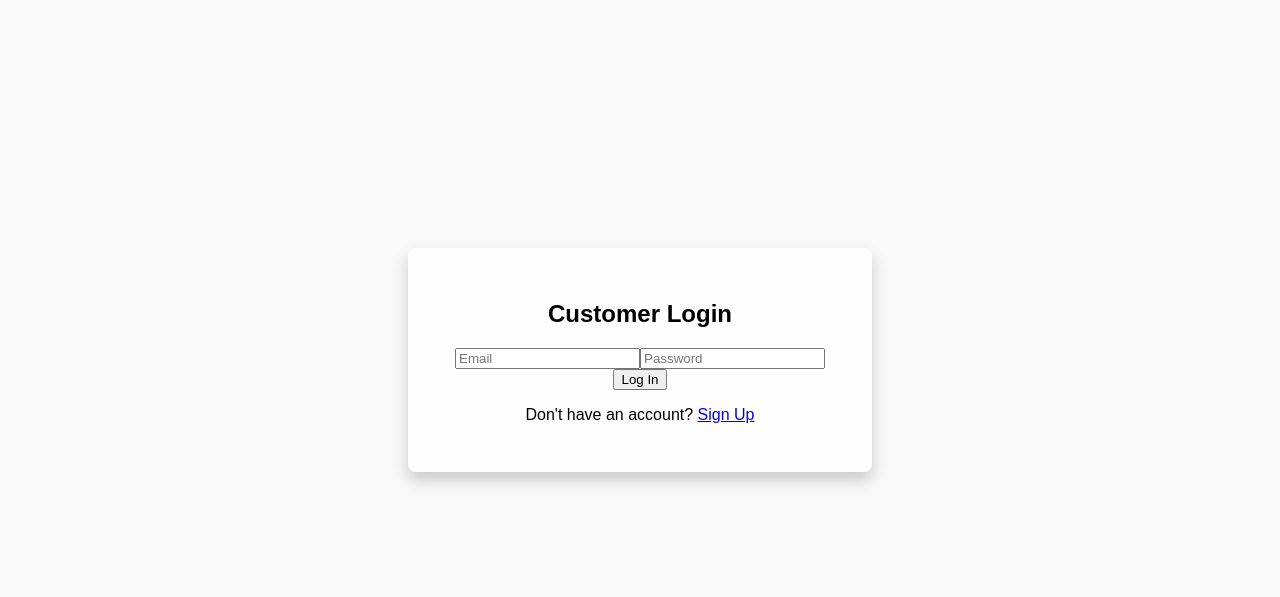
Repository: hamsaram14/dummy4
Page: / (app in frontend1/)
These files come from the project's save history. The page is drawn as it stood at one moment and after the next save; the edit follows.
The browser window is 1280 px wide. The pictures show the whole page.
The project was rebuilt for these pictures with package versions that can differ from the ones it lists, and the page was loaded fresh each time. Also part of the build but not shown: frontend1/src/components/SignUpComponent.js.

Above is the page before, as saved 2024-10-11 13:46:57.

### frontend1/src/App.js
// src/App.js
import React from 'react';
import { BrowserRouter as Router, Route, Routes } from 'react-router-dom';
import SignUpComponent from './components/SignUpComponent';
import LoginComponent from './components/LoginComponent';

function App() {
    return (
        <Router>
            <Routes>
                <Route path="/signup" element={<SignUpComponent />} />
                <Route path="/login" element={<LoginComponent />} />
                <Route path="/" element={<LoginComponent />} /> {/* Default route */}
            </Routes>
        </Router>
    );
}

export default App;

### frontend1/src/components/LoginComponent.js
import React, { useState } from 'react';
import './LoginComponent.css';

const LoginComponent = () => {
    const [formData, setFormData] = useState({ email: '', password: '' });
    const [message, setMessage] = useState('');

    const handleChange = (e) => {
        setFormData({ ...formData, [e.target.name]: e.target.value });
    };

    const handleSubmit = async (e) => {
        e.preventDefault();
        try {
            const response = await fetch('http://127.0.0.1:8000/api/customer/login/', {
                method: 'POST',
                headers: {
                    'Content-Type': 'application/json',
                },
                body: JSON.stringify(formData),
            });

            if (response.ok) {
                const data = await response.json();
                console.log('Login successful:', data);
                setMessage('Login successful!');
                // Optionally, store the token in localStorage or session for future requests
                localStorage.setItem('authToken', data.token);
            } else {
                const errorData = await response.json();
                console.error('Login error:', errorData);
                setMessage(errorData.error || 'Login failed');
            }
        } catch (error) {
            console.error('Error during login request:', error);
            setMessage('Error: Unable to log in');
        }
    };

    return (
        <div className="container">
            <div className="login-box">
                <h2>Customer Login</h2>
                <form onSubmit={handleSubmit}>
                    <input
                        type="email"
                        name="email"
                        placeholder="Email"
                        value={formData.email}
                        onChange={handleChange}
                        required
                    />
                    <input
                        type="password"
                        name="password"
                        placeholder="Password"
                        value={formData.password}
                        onChange={handleChange}
                        required
                    />
                    <button type="submit">Log In</button>
                </form>
                {message && <p className="message">{message}</p>}

                <p className="signup-prompt">
                    Don't have an account? <a href="/signup">Sign Up</a>
                </p>
            </div>
        </div>
    );
};

export default LoginComponent;

### frontend1/src/components/SignUpComponent.css
/* SignUpComponent.css */

html, body {
    margin: 0;
    padding: 0;
    height: 100%;
    font-family: Arial, sans-serif;
}

.signup-container {
    display: flex;
    justify-content: flex-end; /* Aligns content to the right */
    align-items: center;
    height: 100vh;
    padding-right: 5%; /* Adds some padding from the right edge */
    background-image: url('http://localhost:3000/mainpage1.jpg'); /* Adjusted to local file path */
    background-size: cover;
    background-position: center;
    background-repeat: no-repeat;
}

.signup-box {
    background-color: rgba(255, 255, 255, 0.9);
    padding: 2rem;
    border-radius: 8px;
    box-shadow: 0px 8px 16px rgba(0, 0, 0, 0.2);
    text-align: center;
    max-width: 400px;
    width: 100%;

}

.signup-box h2 {
    font-size: 1.8rem;
    margin-bottom: 1rem;
    color: #333;
}

.signup-box input {
    width: 100%;
    padding: 0.8rem;
    margin: 0.5rem 0;
    border: 1px solid #ddd;
    border-radius: 4px;
    font-size: 1rem;
}

.signup-box button {
    width: 100%;
    padding: 0.8rem;
    margin-top: 1rem;
    background-color: #0a66c2;
    border: none;
    color: white;
    font-size: 1rem;
    font-weight: bold;
    border-radius: 4px;
    cursor: pointer;
    transition: background 0.3s;
}

.signup-box button:hover {
    background-color: #084298;
}

.message {
    margin-top: 1rem;
    font-size: 0.9rem;
    color: #e74c3c;
}

### frontend1/src/components/LoginComponent.css
/* LoginComponent.css */

body {
    margin: 0;
    font-family: Arial, sans-serif;
    display: flex;
    justify-content: center;
    align-items: center;
    min-height: 100vh;
    background-color: #f9f9f9;
}

.login-container {
    display: flex;
    justify-content: flex-end;
    align-items: center;
    height: 100vh;
    background-color: #f0f0f0; /* Fallback color to confirm container styling */
    background-image: url('http://localhost:3000/mainpage1.jpg');
    background-size: cover;
    background-position: center;
    background-repeat: no-repeat;
    padding-right: 20%;
}


.login-box {
    background-color: rgba(255, 255, 255, 0.9);
    padding: 2rem;
    margin: auto 0;
    border-radius: 8px;
    box-shadow: 0px 8px 16px rgba(0, 0, 0, 0.2);
    text-align: center;
    max-width: 400px;
    width: 100%;
}

Loaded but not shown: frontend1/public/index.html (common file); frontend1/src/index.js (common file); frontend1/src/index.css (common file); frontend1/src/reportWebVitals.js (common file)

After the next save:
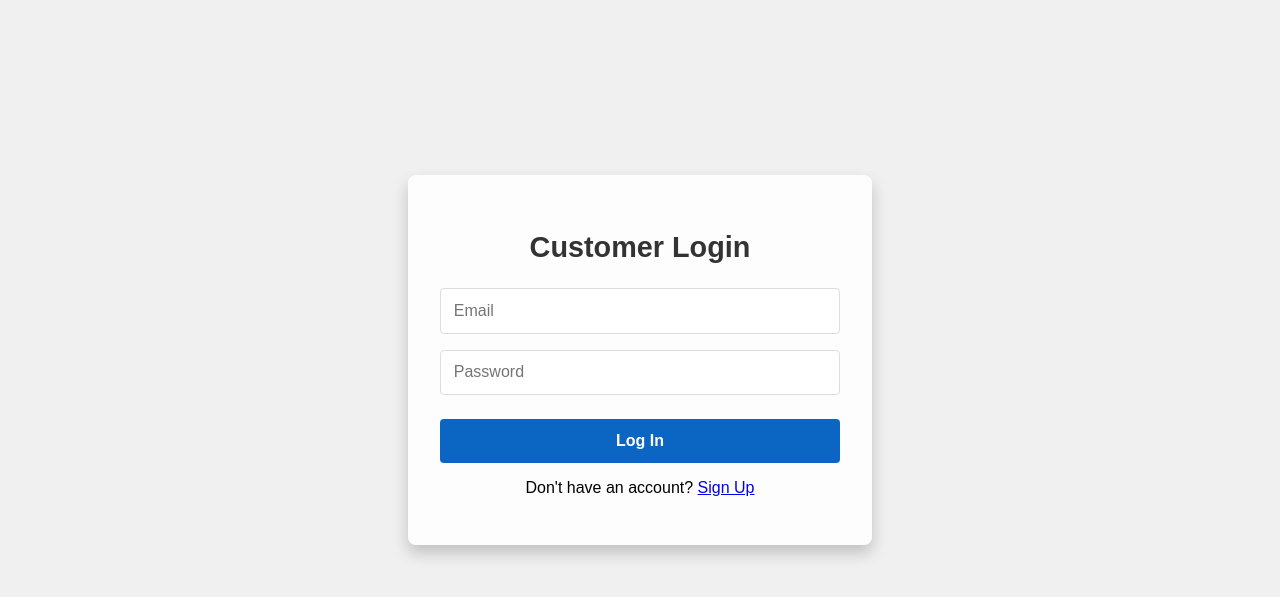
Saved 109 s later.
--- a/frontend1/src/components/LoginComponent.css
+++ b/frontend1/src/components/LoginComponent.css
@@ -1,36 +1,93 @@
 /* LoginComponent.css */
 
-body {
+/* Reset margins and padding for body and html */
+body, html {
     margin: 0;
+    padding: 0;
+    width: 100%;
+    height: 100%;
     font-family: Arial, sans-serif;
     display: flex;
     justify-content: center;
     align-items: center;
-    min-height: 100vh;
-    background-color: #f9f9f9;
+    background-color: #f0f0f0;
 }
 
+/* Background container that fills the viewport */
 .login-container {
+    position: relative;
+    width: 100%;
+    height: 100vh;
+    background-image: url('/mainpage1.jpg'); /* Ensure this image path is correct */
+    background-size: cover;
+    background-position: center;
     display: flex;
     justify-content: flex-end;
     align-items: center;
-    height: 100vh;
-    background-color: #f0f0f0; /* Fallback color to confirm container styling */
-    background-image: url('http://localhost:3000/mainpage1.jpg');
-    background-size: cover;
-    background-position: center;
-    background-repeat: no-repeat;
-    padding-right: 20%;
 }
 
-
+/* Login box styling */
 .login-box {
     background-color: rgba(255, 255, 255, 0.9);
     padding: 2rem;
-    margin: auto 0;
     border-radius: 8px;
     box-shadow: 0px 8px 16px rgba(0, 0, 0, 0.2);
     text-align: center;
     max-width: 400px;
+    width: 90%; /* Adjust width for responsive behavior */
+    margin-right: 5%; /* Space from the right edge */
+}
+
+/* Heading style */
+.login-box h2 {
+    font-size: 1.8rem;
+    margin-bottom: 1rem;
+    color: #333;
+}
+
+/* Input field styling */
+.login-box input {
     width: 100%;
+    padding: 0.8rem;
+    margin: 0.5rem 0;
+    border: 1px solid #ddd;
+    border-radius: 4px;
+    font-size: 1rem;
+    box-sizing: border-box;
 }
+
+/* Button styling */
+.login-box button {
+    width: 100%;
+    padding: 0.8rem;
+    margin-top: 1rem;
+    background-color: #0a66c2;
+    border: none;
+    color: white;
+    font-size: 1rem;
+    font-weight: bold;
+    border-radius: 4px;
+    cursor: pointer;
+    transition: background 0.3s;
+}
+
+.login-box button:hover {
+    background-color: #084298;
+}
+
+/* Sign-up prompt below the button */
+.login-box .login-prompt {
+    margin-top: 1rem;
+    font-size: 0.9rem;
+    color: #333;
+}
+
+.login-box .login-prompt a {
+    color: #0a66c2;
+    text-decoration: none;
+    font-weight: bold;
+}
+
+.login-box .login-prompt a:hover {
+    text-decoration: underline;
+}
